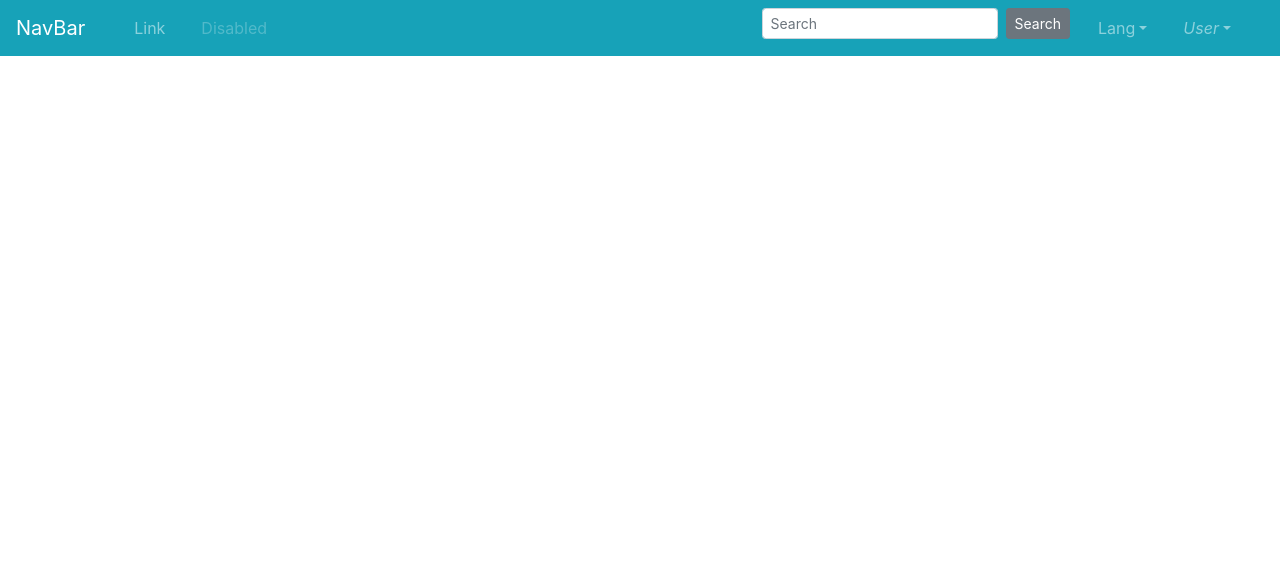
Repository: Funnyrz/vue-nav
Page: /
These files come from the project's save history. The page is drawn as it stood at one moment and after the next save; the edit follows.
The browser window is 1280 px wide. The pictures show the whole page.
The project was rebuilt for these pictures with package versions that can differ from the ones it lists, and the page was loaded fresh each time.

Above is the page before, as saved 2020-08-24 22:41:49.

### public/index.html
<!DOCTYPE html>
<html lang="en">
  <head>
    <meta charset="utf-8">
    <meta http-equiv="X-UA-Compatible" content="IE=edge">
    <meta name="viewport" content="width=device-width,initial-scale=1.0">
    <link rel="icon" href="<%= BASE_URL %>favicon.ico">
    <title>vue-pic</title>
  </head>
  <body>
    <noscript>
      <strong>We're sorry but vue-pic doesn't work properly without JavaScript enabled. Please enable it to continue.</strong>
    </noscript>
    <div id="app"></div>
    <!-- built files will be auto injected -->
  </body>
</html>

### src/main.js
import Vue from 'vue'
import App from './App.vue'
import 'bootstrap/dist/css/bootstrap.css'
import 'bootstrap-vue/dist/bootstrap-vue.css'
import BootstrapVue from 'bootstrap-vue'
// ES Modules syntax

// require syntax

Vue.use(BootstrapVue)
Vue.config.productionTip = false

new Vue({
  render: h => h(App),
}).$mount('#app')

### src/App.vue
<template>
  <div id="app">
    <HelloWorld msg="Welcome to Your Vue.js App" />
  </div>
</template>

<script>
import HelloWorld from "./components/HelloWorld.vue";

export default {
  name: "app",
  components: {
    HelloWorld
  }
};
</script>

<style>
.container-fluid {
  width: 80%;
}
</style>

### src/components/HelloWorld.vue
<template>
  <div class="hello">
    <div>
      <b-navbar toggleable="lg" type="dark" variant="info">
        <b-navbar-brand href="#">NavBar</b-navbar-brand>

        <b-navbar-toggle target="nav-collapse"></b-navbar-toggle>
        <b-container fluid>
          <b-collapse id="nav-collapse" is-nav>
            <b-navbar-nav>
              <b-nav-item href="#">Link</b-nav-item>
              <b-nav-item href="#" disabled>Disabled</b-nav-item>
            </b-navbar-nav>

            <!-- Right aligned nav items -->
            <b-navbar-nav class="ml-auto">
              <b-nav-form>
                <b-form-input size="sm" class="mr-sm-2" placeholder="Search"></b-form-input>
                <b-button size="sm" class="my-2 my-sm-0" type="submit">Search</b-button>
              </b-nav-form>

              <b-nav-item-dropdown text="Lang" right>
                <b-dropdown-item href="#">EN</b-dropdown-item>
                <b-dropdown-item href="#">ES</b-dropdown-item>
                <b-dropdown-item href="#">RU</b-dropdown-item>
                <b-dropdown-item href="#">FA</b-dropdown-item>
              </b-nav-item-dropdown>

              <b-nav-item-dropdown right>
                <!-- Using 'button-content' slot -->
                <template v-slot:button-content>
                  <em>User</em>
                </template>
                <b-dropdown-item href="#">Profile</b-dropdown-item>
                <b-dropdown-item href="#">Sign Out</b-dropdown-item>
              </b-nav-item-dropdown>
            </b-navbar-nav>
          </b-collapse>
        </b-container>
      </b-navbar>
    </div>
  </div>
</template>

<script>
export default {
  name: "HelloWorld",
  props: {
    msg: String
  },
  mounted() {}
};
</script>

<!-- Add "scoped" attribute to limit CSS to this component only -->
<style scoped>
h3 {
  margin: 40px 0 0;
}
ul {
  list-style-type: none;
  padding: 0;
}
li {
  display: inline-block;
  margin: 0 10px;
}
a {
  color: #42b983;
}
</style>

After the next save:
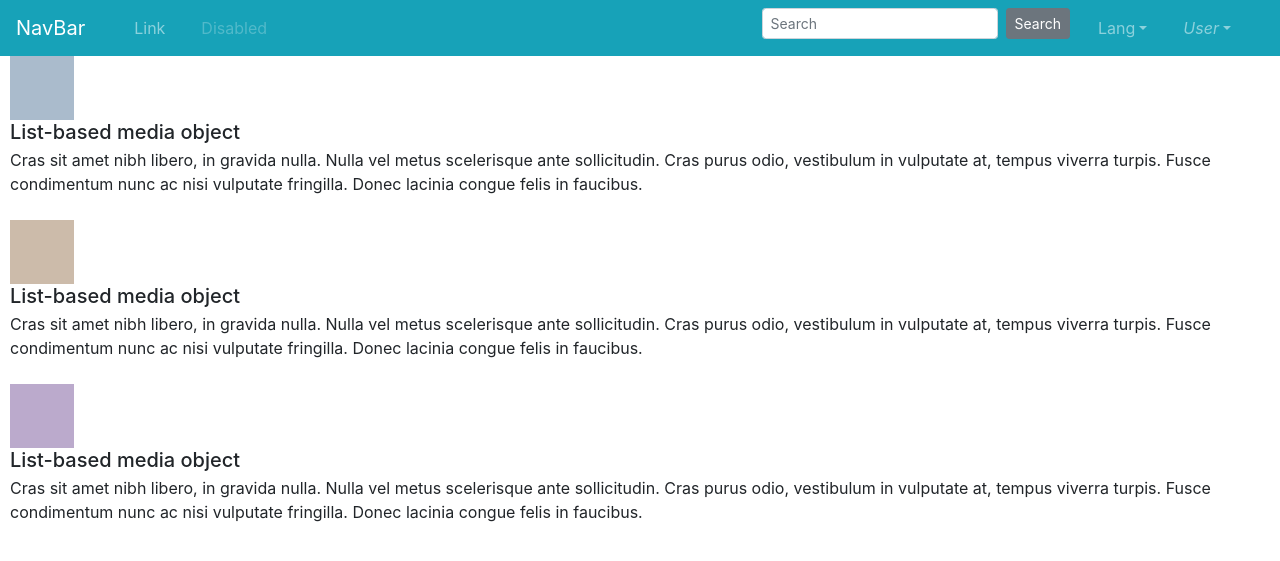
Saved 5 min 13 s later.
--- a/src/components/HelloWorld.vue
+++ b/src/components/HelloWorld.vue
@@ -38,6 +38,48 @@
           </b-collapse>
         </b-container>
       </b-navbar>
+
+      <div>
+        <ul class="list-unstyled">
+          <b-media tag="li">
+            <template v-slot:aside>
+              <b-img blank blank-color="#abc" width="64" alt="placeholder"></b-img>
+            </template>
+            <h5 class="mt-0 mb-1">List-based media object</h5>
+            <p class="mb-0">
+              Cras sit amet nibh libero, in gravida nulla. Nulla vel metus scelerisque ante sollicitudin.
+              Cras purus odio, vestibulum in vulputate at, tempus viverra turpis. Fusce condimentum nunc
+              ac nisi vulputate fringilla. Donec lacinia congue felis in faucibus.
+            </p>
+          </b-media>
+
+          <b-media tag="li" class="my-4">
+            <template v-slot:aside>
+              <b-img blank blank-color="#cba" width="64" alt="placeholder"></b-img>
+            </template>
+
+            <h5 class="mt-0 mb-1">List-based media object</h5>
+            <p class="mb-0">
+              Cras sit amet nibh libero, in gravida nulla. Nulla vel metus scelerisque ante sollicitudin.
+              Cras purus odio, vestibulum in vulputate at, tempus viverra turpis. Fusce condimentum nunc
+              ac nisi vulputate fringilla. Donec lacinia congue felis in faucibus.
+            </p>
+          </b-media>
+
+          <b-media tag="li">
+            <template v-slot:aside>
+              <b-img blank blank-color="#bac" width="64" alt="placeholder"></b-img>
+            </template>
+
+            <h5 class="mt-0 mb-1">List-based media object</h5>
+            <p class="mb-0">
+              Cras sit amet nibh libero, in gravida nulla. Nulla vel metus scelerisque ante sollicitudin.
+              Cras purus odio, vestibulum in vulputate at, tempus viverra turpis. Fusce condimentum nunc
+              ac nisi vulputate fringilla. Donec lacinia congue felis in faucibus.
+            </p>
+          </b-media>
+        </ul>
+      </div>
     </div>
   </div>
 </template>
